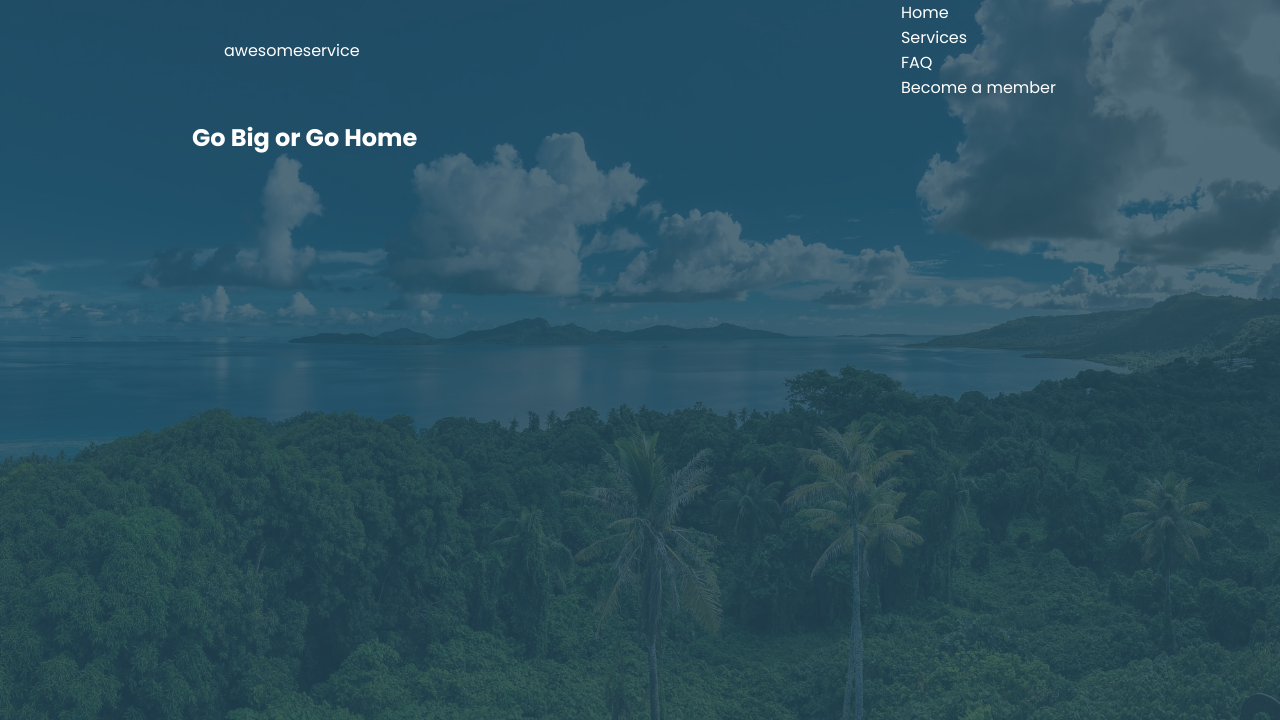
Repository: Hyperion72R/Animated-Navigation
Page: index.html
The author's editor kept a copy of each file at every save. The page is drawn from the files as they stood at one save, then again after the next save.
The browser window is 1280 px wide. The pictures show the whole page.
The style sheet was rebuilt from its Sass, Less or Tailwind sources for each picture, by a compiler version that may differ from the author's.

Above is the page before, as saved 2021-08-16 21:24:43.

After the next save:
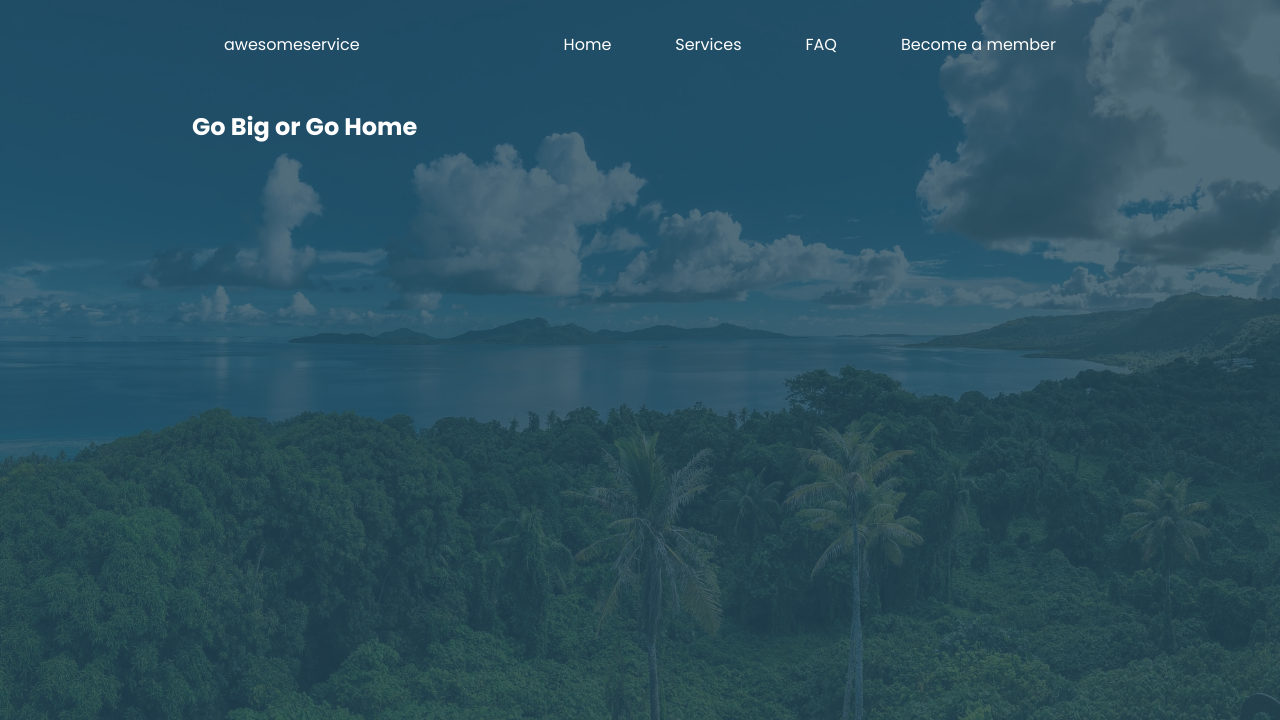
Saved 8 s later.
--- a/css/main.scss
+++ b/css/main.scss
@@ -72,7 +72,7 @@ header {
     padding: 2em;
   }
 
-  nav {
+  nav ul {
     display: flex;
   }
 }
